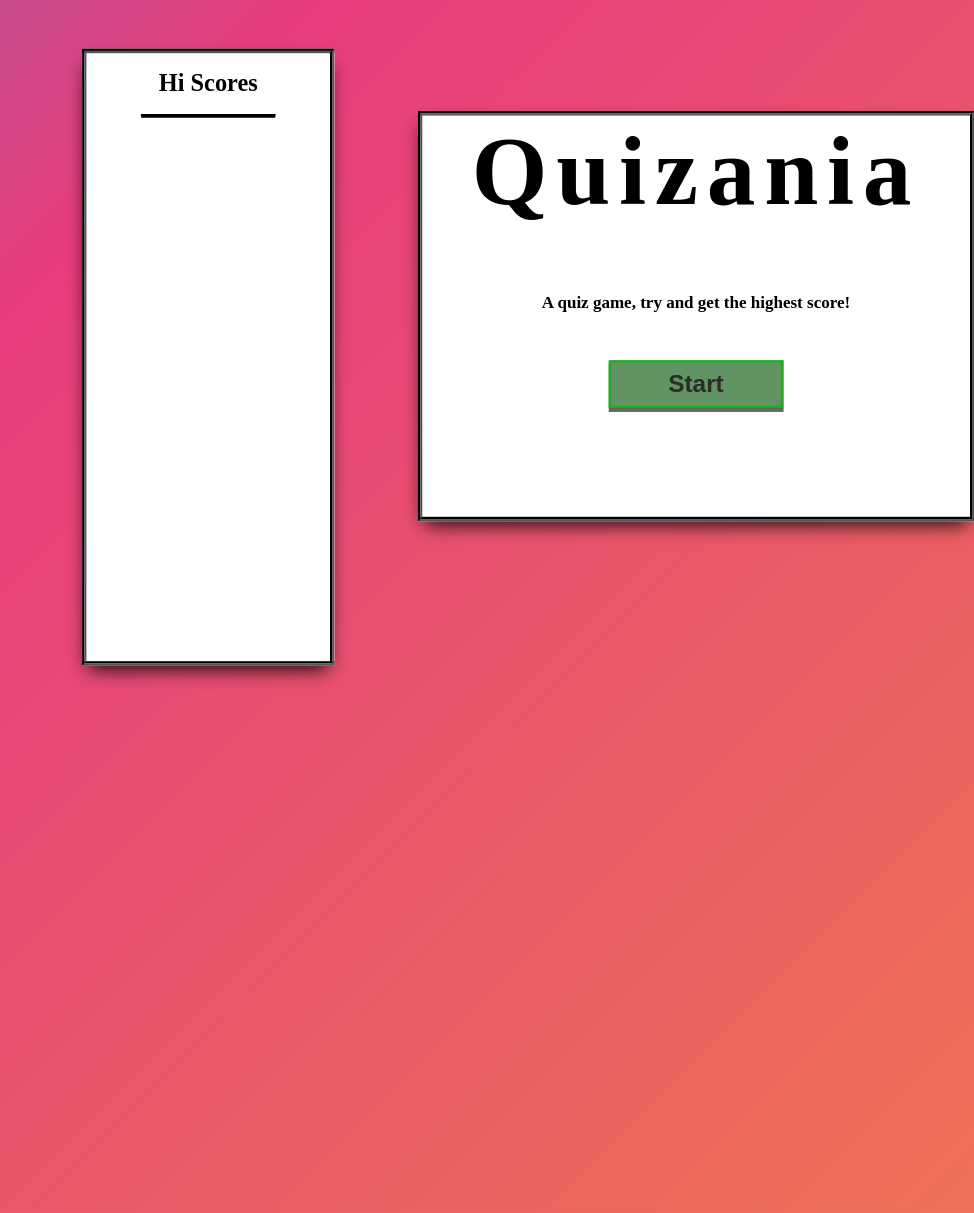
Repository: PatrickTheCodeGuy/QuizApp
Page: / (app in quizapp/)
These files come from the project's save history. The page is drawn as it stood at one moment and after the next save; the edit follows.
The browser window is 1280 px wide. The page is 1282 px wide, so the pictures cover 1282 px, including what lies to the right of the window. The pictures show the whole page, at 76% of full size.
The first visible `.button-start` is being pressed.
The project was rebuilt for these pictures with package versions that can differ from the ones it lists, and the page was loaded fresh each time.

Above is the page before, as saved 2021-07-08 15:08:20.

After the next save:
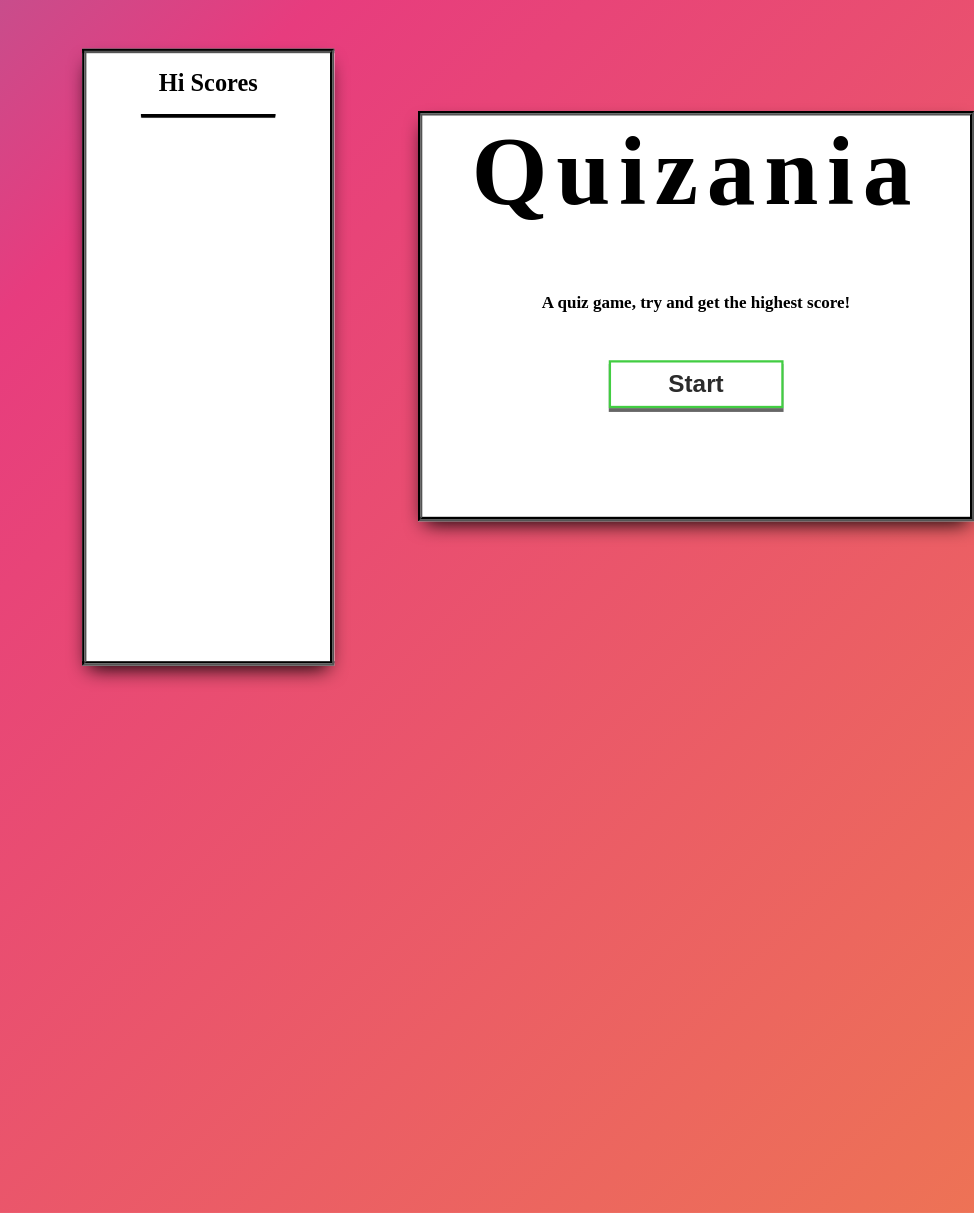
Saved 17 s later.
--- a/quizapp/src/components/StartMenu/StartMenu.css
+++ b/quizapp/src/components/StartMenu/StartMenu.css
@@ -31,7 +31,7 @@
 
 .button-start:active {
     box-shadow: 0 5px #666;
-    background: rgba(17, 91, 17, 0.66);
+    background: white;
     width: 32%;
     color: rgb(43, 43, 43);
     transform: translateY(4px);
